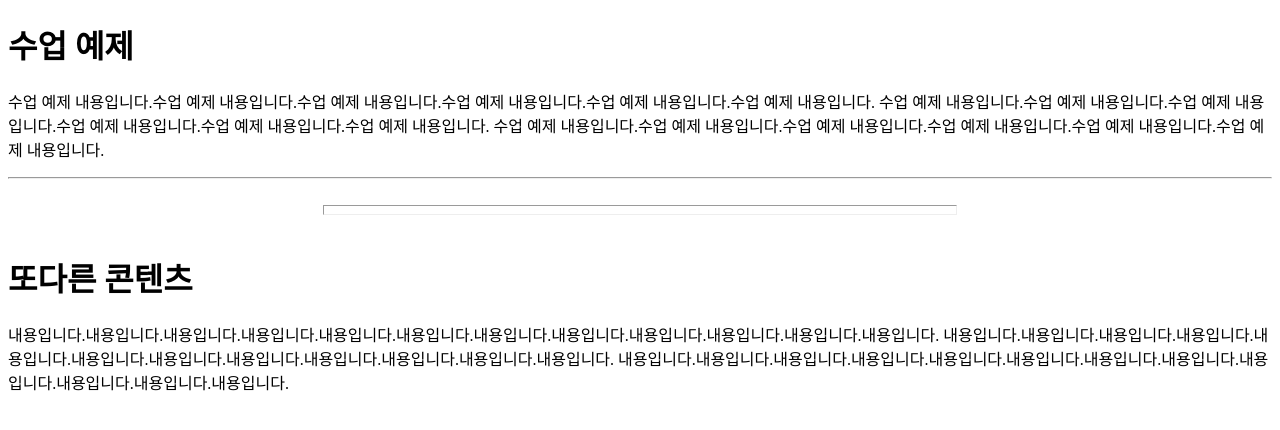
Repository: JeongWoo-Jang/Edu-Backup
Page: 5. HTML & CSS & JSP/ClientTest/WebContent/ex08_hr.html
The author's editor kept a copy of each file at every save. The page is drawn from the files as they stood at one save, then again after the next save.
The browser window is 1280 px wide. The pictures show the whole page.

Above is the page before, as saved 2020-06-19 00:25:44.

### 5. HTML & CSS & JSP/ClientTest/WebContent/ex08_hr.html
<!DOCTYPE html>
<html>
<head>
<meta charset="UTF-8">
<title>Insert title here</title>
</head>
<body>
   <!--

   <hr>, horizontal Rule
   - 수평바, 구분자
   - 문단과 문단을 구분하는 역할
   - 콘텐츠와 콘텐츠를 구분하는 역할
   - 단독태그

   -->

   <h1>수업 예제</h1>
   <p>수업 예제 내용입니다.수업 예제 내용입니다.수업 예제 내용입니다.수업 예제 내용입니다.수업 예제 내용입니다.수업 예제 내용입니다.
   수업 예제 내용입니다.수업 예제 내용입니다.수업 예제 내용입니다.수업 예제 내용입니다.수업 예제 내용입니다.수업 예제 내용입니다.
   수업 예제 내용입니다.수업 예제 내용입니다.수업 예제 내용입니다.수업 예제 내용입니다.수업 예제 내용입니다.수업 예제 내용입니다.</p>

   <hr>

   <!--
      HTML 속성 종류(형태)
      1. 숫자
         - px(픽셀) 대부분 > 화소 > 화상을 구성하는 최소단위(단일 색상으로 구성)
         - % > 상대값(백분율 -> 부모 태그를 기준으로 삼는다.)

      <hr> 속성
      1. size : 두께
      2. width : 너비
   -->
   <div style="bacground-color : yellow; padding: 10px 0px">
   <hr size = "10" width = "50%">
   </div>

   <h1>또다른 콘텐츠</h1>
   <p>내용입니다.내용입니다.내용입니다.내용입니다.내용입니다.내용입니다.내용입니다.내용입니다.내용입니다.내용입니다.내용입니다.내용입니다.
   내용입니다.내용입니다.내용입니다.내용입니다.내용입니다.내용입니다.내용입니다.내용입니다.내용입니다.내용입니다.내용입니다.내용입니다.
   내용입니다.내용입니다.내용입니다.내용입니다.내용입니다.내용입니다.내용입니다.내용입니다.내용입니다.내용입니다.내용입니다.내용입니다.</p>

</body>
</html>

After the next save:
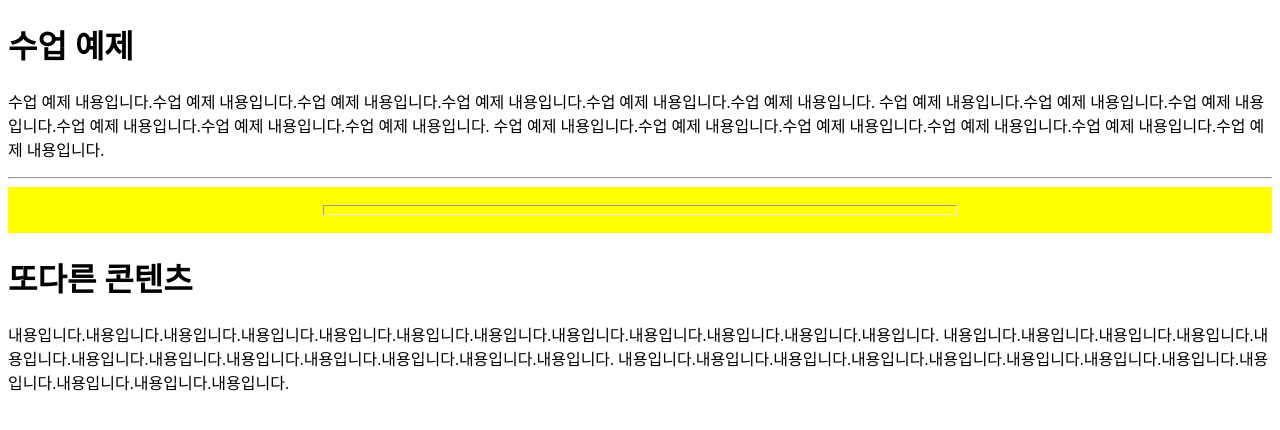
Saved 24 s later.
--- a/5. HTML & CSS & JSP/ClientTest/WebContent/ex08_hr.html
+++ b/5. HTML & CSS & JSP/ClientTest/WebContent/ex08_hr.html
@@ -32,7 +32,7 @@
       1. size : 두께
       2. width : 너비
    -->
-   <div style="bacground-color : yellow; padding: 10px 0px">
+   <div style="background-color : yellow; padding: 10px 0px">
    <hr size = "10" width = "50%">
    </div>
 
